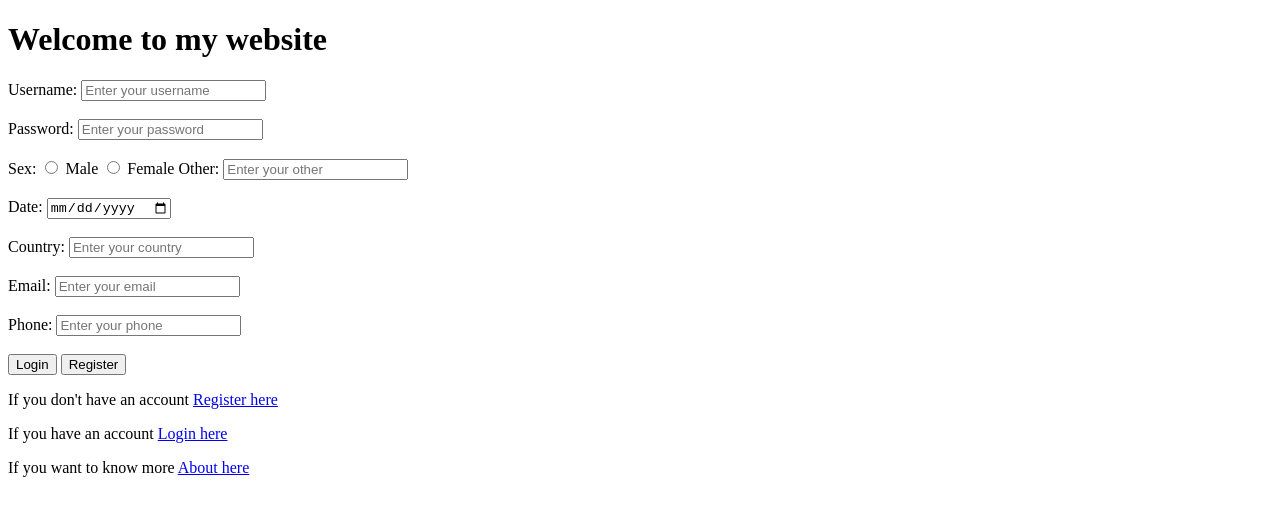
Repository: bao2222/hoc-lam-web
Page: welcome.html
The author's editor kept a copy of each file at every save. The page is drawn from the files as they stood at one save, then again after the next save.
The browser window is 1280 px wide. The pictures show the whole page.

Above is the page before, as saved 2024-12-24 19:42:45.

### welcome.html
<!DOCTYPE html>
<html lang="en">

    <head>
        <meta charset="UTF-8">
        <title>Welcome</title>
        <meta content = "this is my website" name = "description">
        <meta author = "me">




    </head>

    <body>
        <h1>Welcome to my website</h1>
        <header>
            <div>
                <div>
                    <form action="#" method="post">
                        <label for="username">Username:</label>
                        <input type="text" id="username" name="username" placeholder="Enter your username" required><br><br>
                        <label for="password">Password:</label>
                        <input type="password" id="password" name="password" placeholder="Enter your password" required><br><br>
                        <label for="sex">Sex:</label>
                        <input type="radio" id="male" name="sex" value="male">
                        <label for="male">Male</label>
                        <input type="radio" id="female" name="sex" value="female">
                        <label for="female">Female</label>
                        <label for="other">Other:</label>
                        <input type="text" id="other" name="other" placeholder="Enter your other"><br><br>
                        <label for="date">Date:</label>
                        <input type="date" id="date" name="date"><br><br>
                        <label for="country">Country:</label>
                        <input type="text" id="country" name="country" placeholder="Enter your country" required><br><br>
                        <label for="email">Email:</label>
                        <input type="email" id="email" name="email" placeholder="Enter your email" required><br><br>
                        <label for="phone">Phone:</label>
                        <input type="tel" id="phone" name="phone" placeholder="Enter your phone" required><br><br>
                        <button type="submit">Login</button>
                        <button type="reset">Register</button>
                    </form>
                </div>

                <div>
                    <p>If you don't have an account <a href="register.html">Register here</a></p>
                </div>

                <div>
                    <p>If you have an account <a href="login.html">Login here</a></p>
                </div>

                <div>
                    <p>If you want to know more <a href="about.html">About here</a></p>
                </div>





            </div>
        </header>
        <main></main>
        <footer></footer>




    </body>





</html>

After the next save:
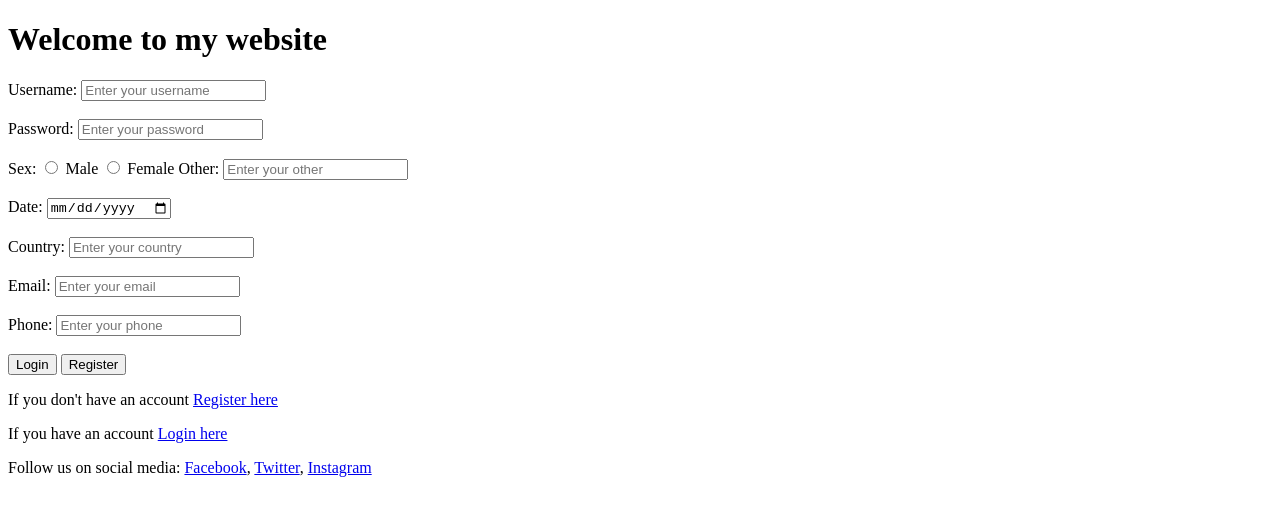
Saved 40 s later.
--- a/welcome.html
+++ b/welcome.html
@@ -51,7 +51,7 @@
                 </div>
 
                 <div>
-                    <p>If you want to know more <a href="about.html">About here</a></p>
+                    <p>Follow us on social media: <a href="#">Facebook</a>, <a href="#">Twitter</a>, <a href="#">Instagram</a></p>
                 </div>
 
 
